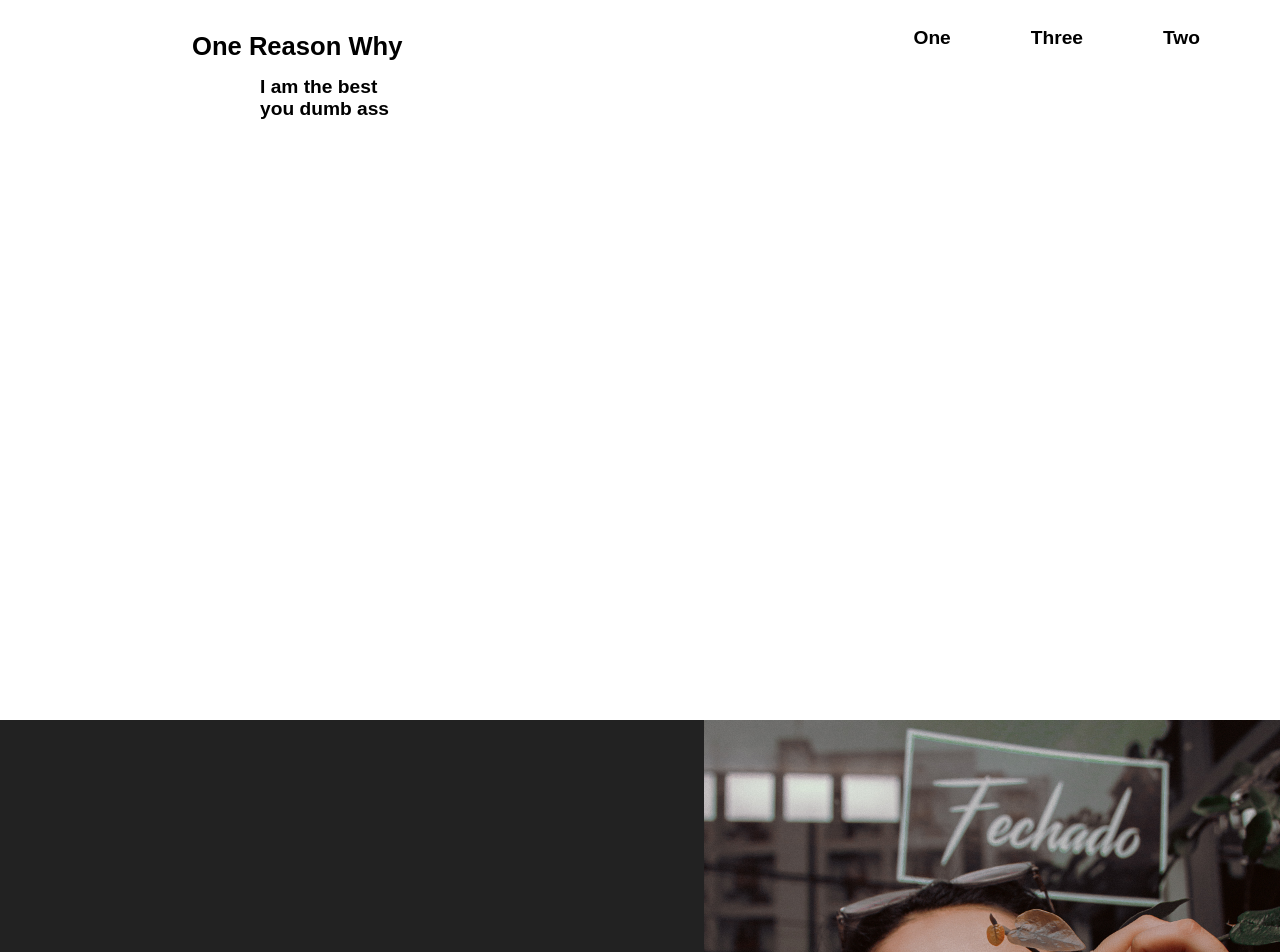
Repository: Imprasna/scrollmagic
Page: index.html
These files come from the project's save history. The page is drawn as it stood at one moment and after the next save; the edit follows.
The browser window is 1280 px wide. The pictures show the part of the page from y = 0 to 952 px (the page is 2200 px tall).
A picture or video elsewhere on the page could not be fetched, so the positions and the page height are approximate. Some web fonts or font styles are not loaded; a fallback is used. Some web libraries are served in a nearby version.

Above is the page before, as saved 2021-11-14 18:29:01.

After the next save:
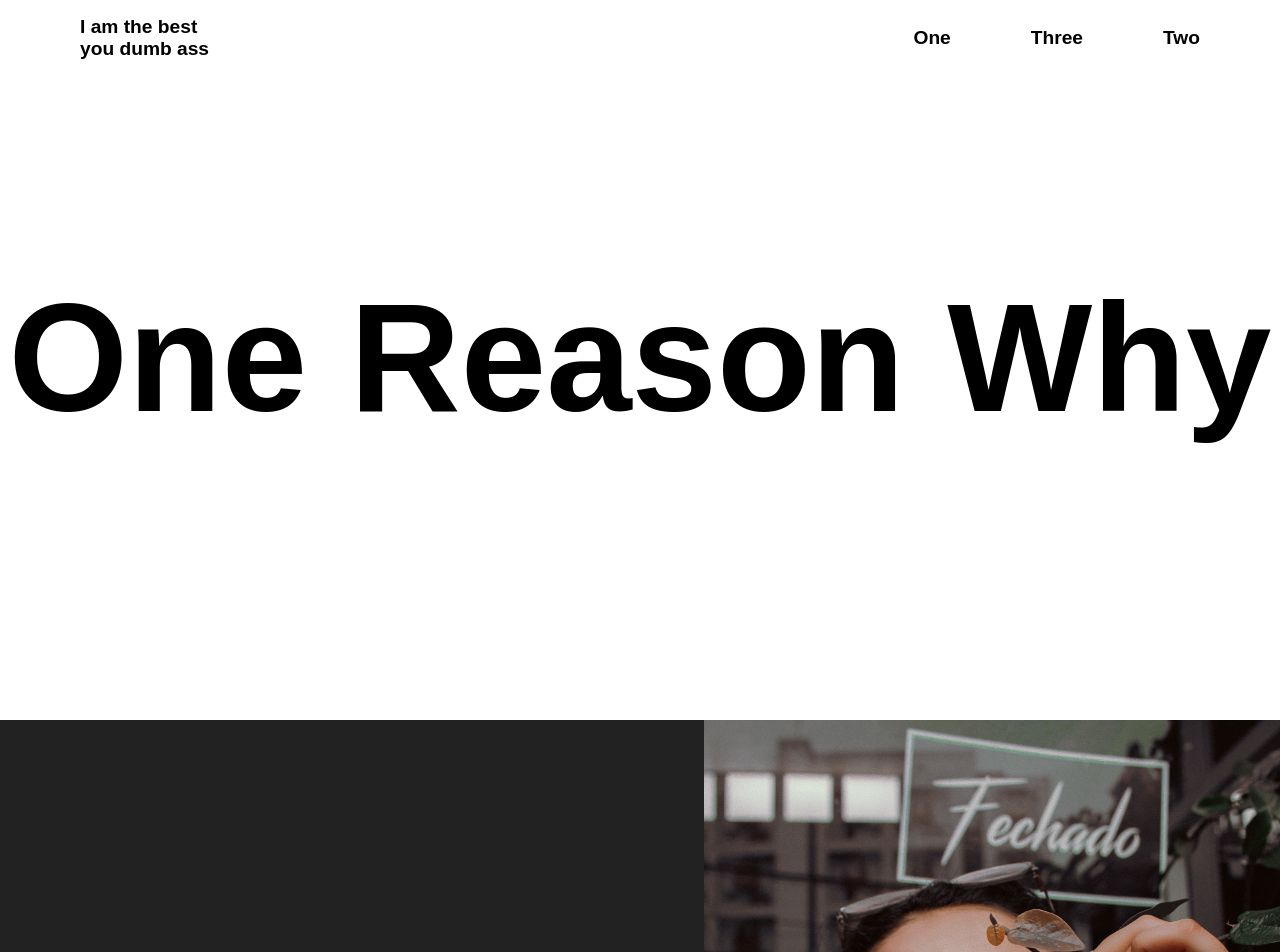
Console error: ReferenceError: gsap is not defined
Saved 10 s later.
--- a/index.html
+++ b/index.html
@@ -41,8 +41,8 @@
     </section>
 
 
+    <script src="app.js"></script>
     <script src="https://cdnjs.cloudflare.com/ajax/libs/gsap/3.8.0/gsap.min.js"></script>
     <script src="https://cdnjs.cloudflare.com/ajax/libs/gsap/3.8.0/ScrollTrigger.min.js"></script>
-    <script src="app.js"></script>
 </body>
 </html>

After the save that followed:
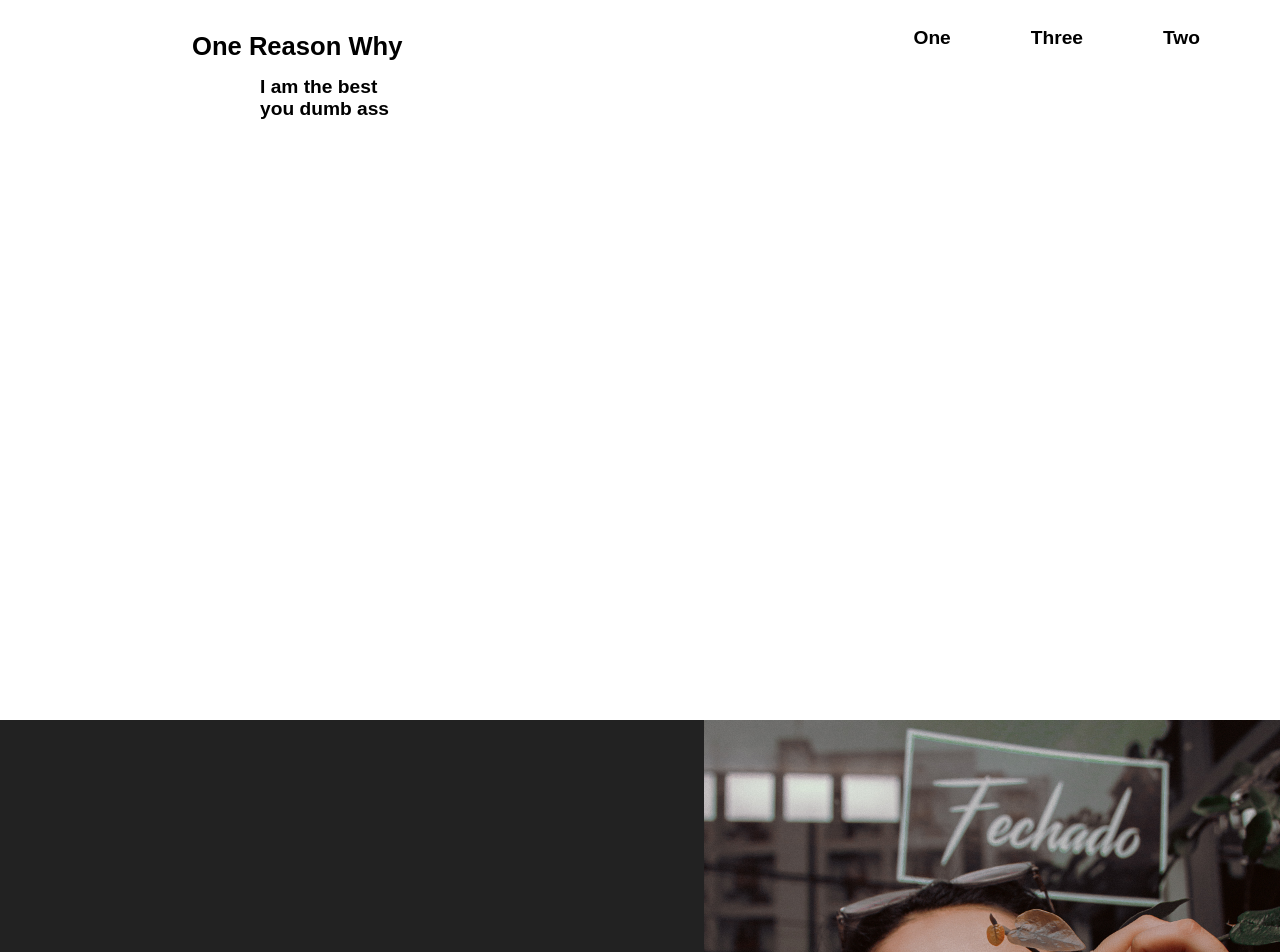
The error is gone.
Saved 18 s later.
--- a/index.html
+++ b/index.html
@@ -41,8 +41,8 @@
     </section>
 
 
-    <script src="app.js"></script>
     <script src="https://cdnjs.cloudflare.com/ajax/libs/gsap/3.8.0/gsap.min.js"></script>
     <script src="https://cdnjs.cloudflare.com/ajax/libs/gsap/3.8.0/ScrollTrigger.min.js"></script>
+    <script src="app.js"></script>
 </body>
 </html>
